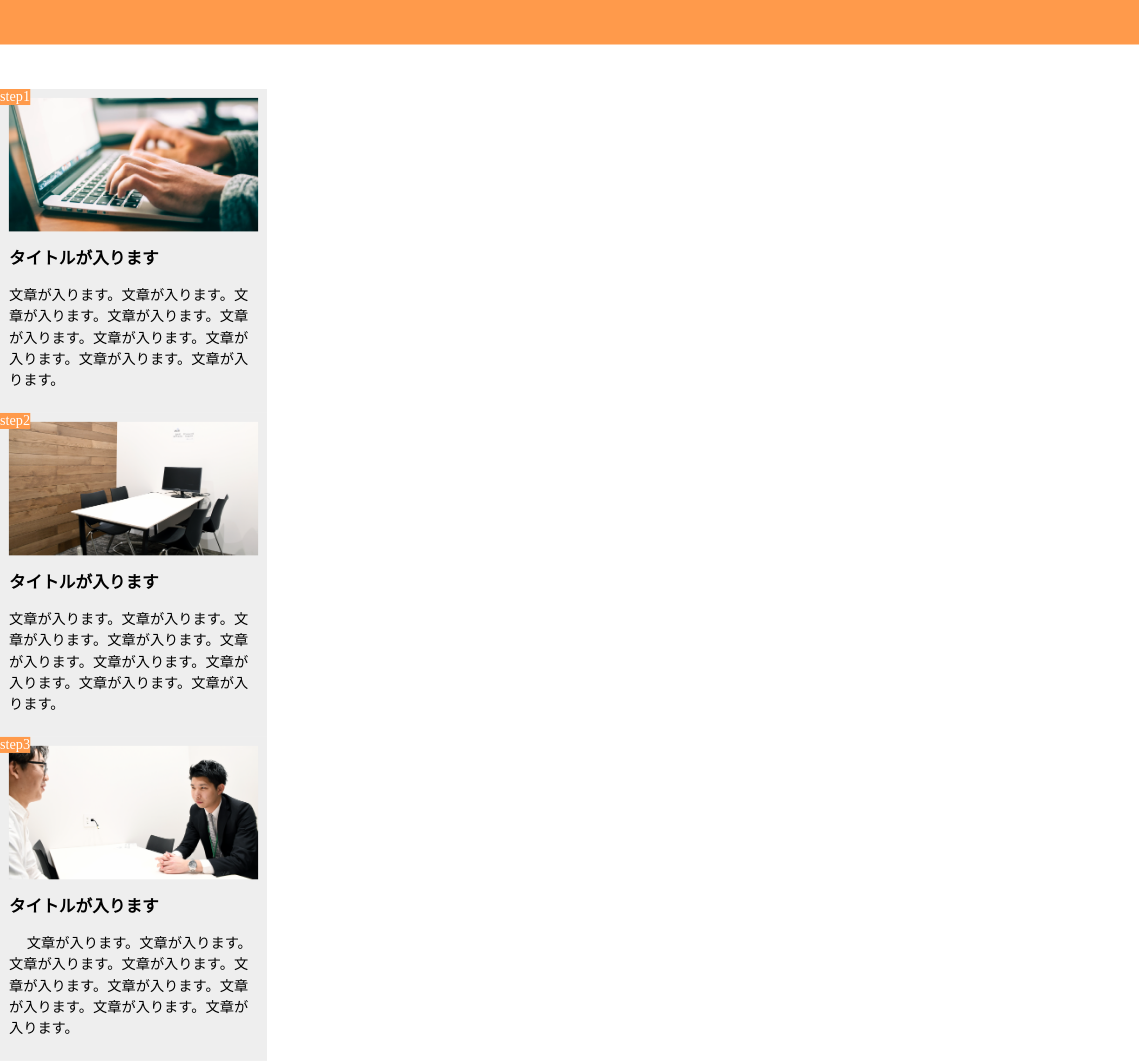
Repository: suetsugumariko/git-practice
Page: sites/sample.html
The author's editor kept a record of every edit. The page is drawn from the files as they stood at one moment, then again after the next edit.
The browser window is 1280 px wide. The pictures show the whole page, at 89% of full size.

Above is the page before.

After the next edit:
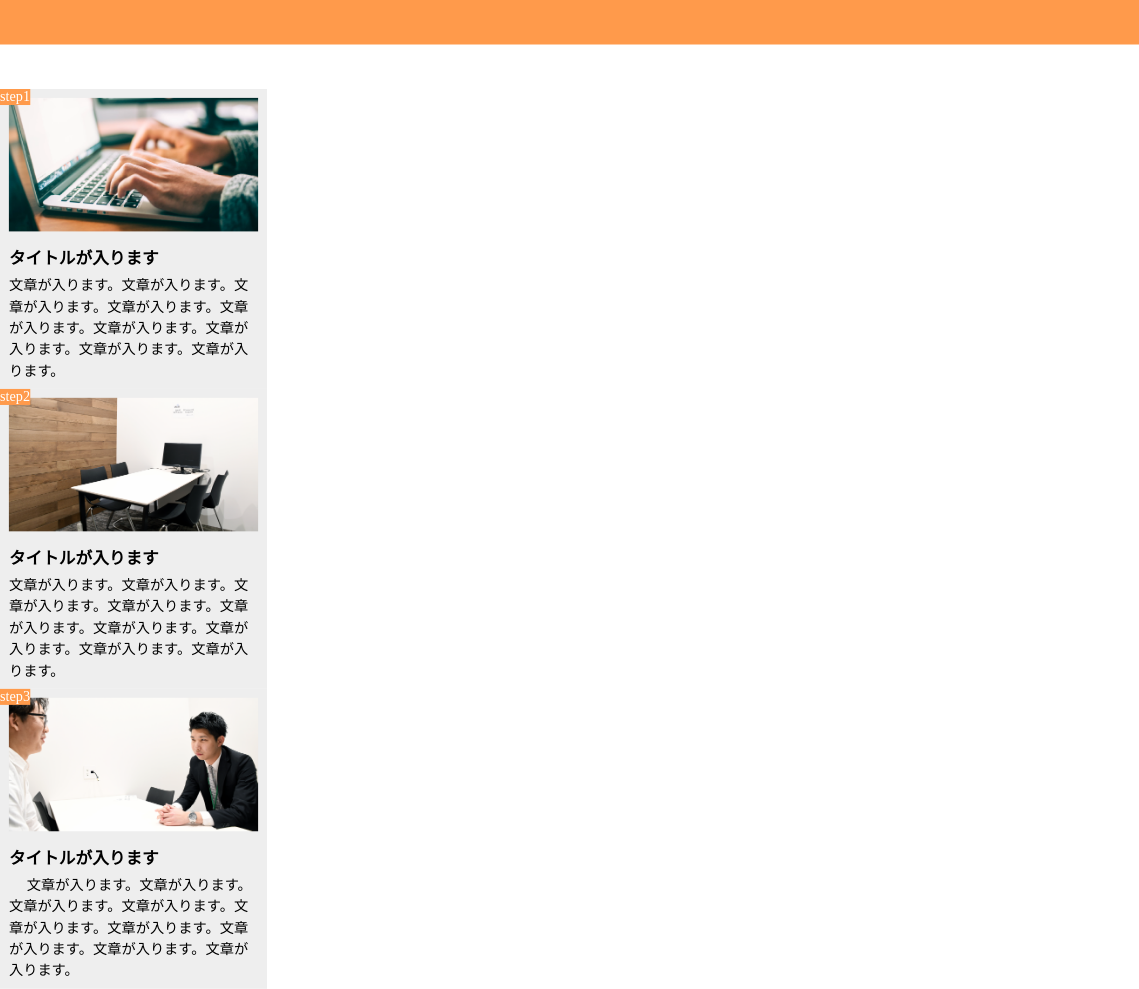
The edit:
--- a/sites/sample.css
+++ b/sites/sample.css
@@ -270,9 +270,66 @@
     margin-inline-start: 0px;
     margin-inline-end: 0px;
 }
-
-
-
+* {
+    box-sizing: border-box;
+    margin: 0;
+    padding: 0;
+}
+user agent stylesheet
+p {
+    display: block;
+    margin-block-start: 1em;
+    margin-block-end: 1em;
+    margin-inline-start: 0px;
+    margin-inline-end: 0px;
+}
+.step-box:last-child {
+    margin-right: 0;
+}
+.step-box {
+    width: 300px;
+    margin-right: 30px;
+    padding: 10px;
+    position: relative;
+    background-color: #eee;
+}
+
+* {
+    box-sizing: border-box;
+    margin: 0;
+    padding: 0;
+}
+div {
+    display: block;
+main {
+    width: 960px;
+    margin: 50px auto;
+    display: flex;
+}
+* {
+    box-sizing: border-box;
+    margin: 0;
+    padding: 0;
+}
+
+user agent stylesheet
+main {
+    display: block
+
+footer {
+    height: 50px;
+    background-color: #aaa;
+}
+
+* {
+    box-sizing: border-box;
+    margin: 0;
+    padding: 0;
+}
+
+footer {
+    display: block;
+}
 
 
 

After the 2 edits that followed:
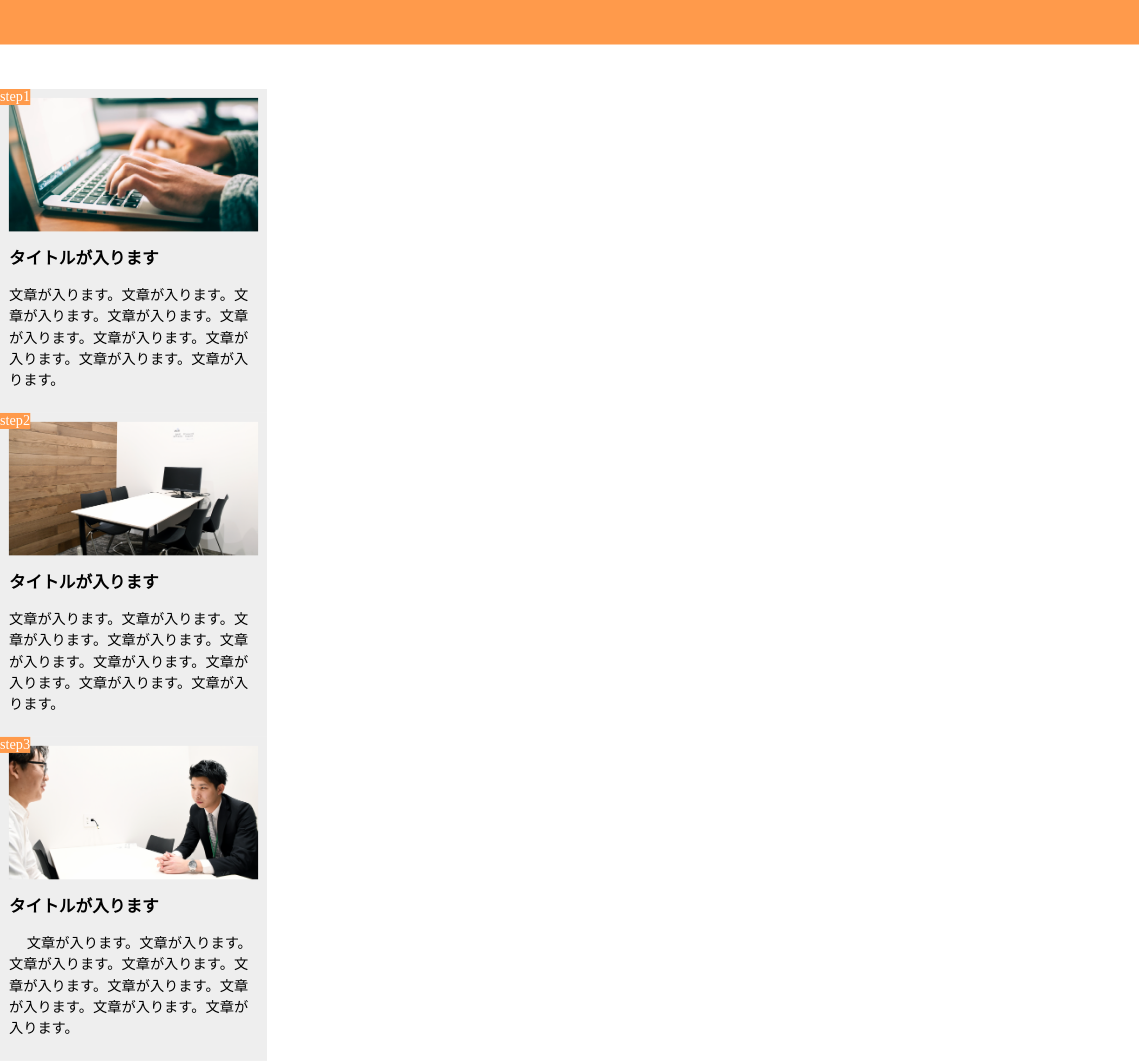
The 2 edits are shown as one change because 1 left the picture as it was.
The edit:
--- a/sites/sample.css
+++ b/sites/sample.css
@@ -312,10 +312,9 @@
     padding: 0;
 }
 
-user agent stylesheet
 main {
     display: block
-
+}
 footer {
     height: 50px;
     background-color: #aaa;
